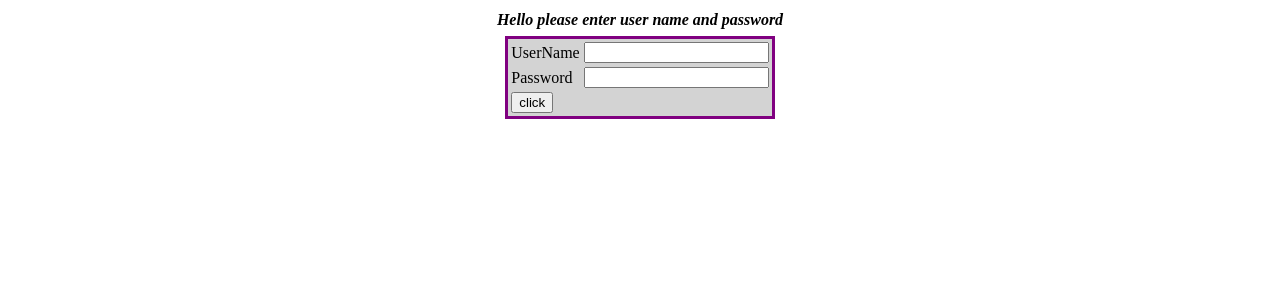
Repository: testGitHub1234cell/Test1
Page: http://localhost/nb/nb/AdminLogin.jsp
These files come from the project's save history. The page is drawn as it stood at one moment and after the next save; the edit follows.
The browser window is 1280 px wide. The pictures show the whole page.
The page is served by Tomcat 9.

Above is the page before, as saved 2016-12-17 08:30:52.

After the next save:
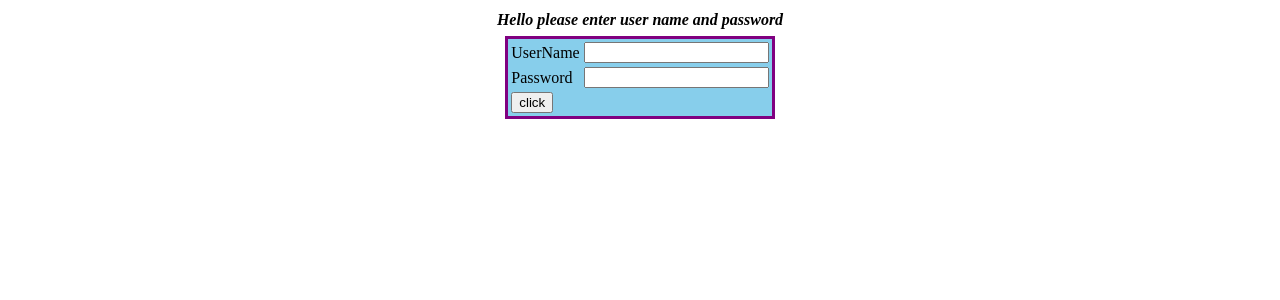
Saved 31 s later.
--- a/nb/nb/AdminLogin.jsp
+++ b/nb/nb/AdminLogin.jsp
@@ -25,7 +25,7 @@ if(status==1 || status==0)
 
 <form action="Controller">
 <input type=hidden name=type value=3>
-<table align="center" bgcolor="lightgray" bordercolor="purple">
+<table align="center" bgcolor="skyblue" bordercolor="purple">
 <tr>
 <td>UserName</td>
 <td><input type=text name=uname></td>
